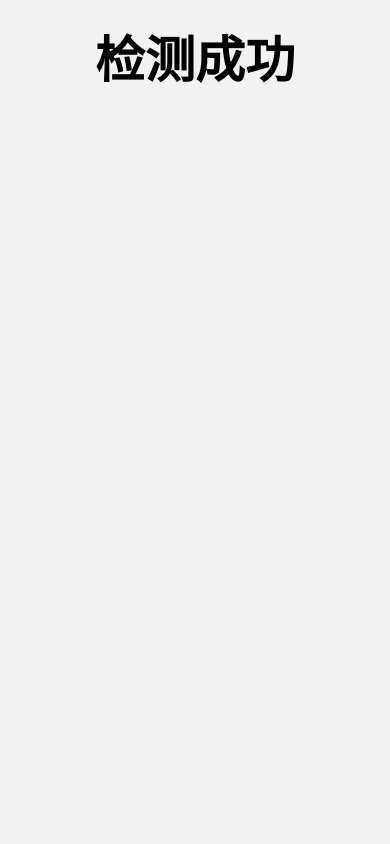
Repository: Declan-Deng/HuoXinApp
Screen: /完成界面
An editor plug-in stored every save of this project. The screen is shown before and after the next save, followed by the edit.
The app was drawn by React Native's web renderer in a window 390 px wide. The project was rebuilt for these pictures with package versions that can differ from the ones it lists, and the page was loaded fresh each time. Also part of the build but not shown: agreementPage/AgreementPage.js, testPage/CameraScreen.js.

Above is the screen before, as saved 2024-01-23 02:33:46.

After the next save:
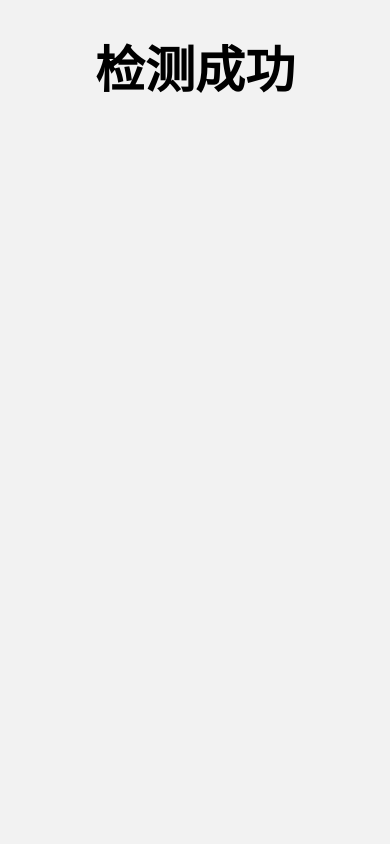
Saved 12 s later.
--- a/testPage/FinishPage.js
+++ b/testPage/FinishPage.js
@@ -16,7 +16,7 @@ const styles = StyleSheet.create({
     fontSize: 50,
     fontWeight: 'bold',
     textAlign: 'center',
-    marginTop: 20,
+    marginTop: 30,
     color: 'black',
   },
 });
